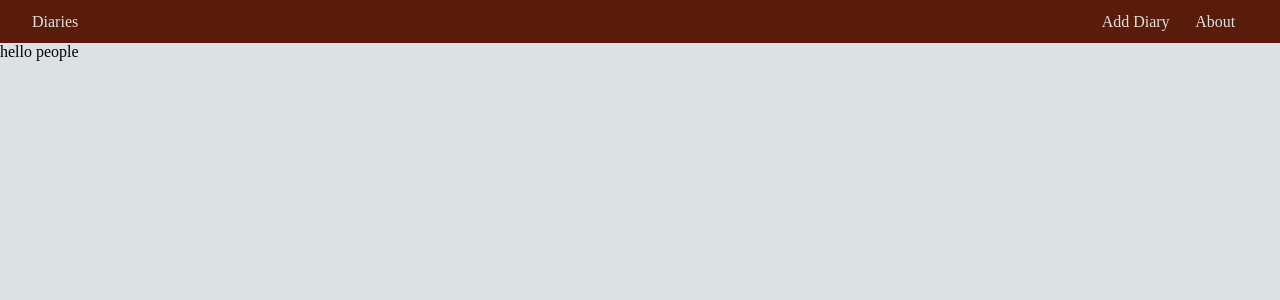
Repository: Tun-Dev/mydiary
Page: /
The author's editor kept a copy of each file at every save. The page is drawn from the files as they stood at one save, then again after the next save.
The browser window is 1280 px wide. The pictures show the whole page.
The project was rebuilt for these pictures with package versions that can differ from the ones it lists, and the page was loaded fresh each time.

Above is the page before, as saved 2021-05-10 12:29:52.

After the next save:
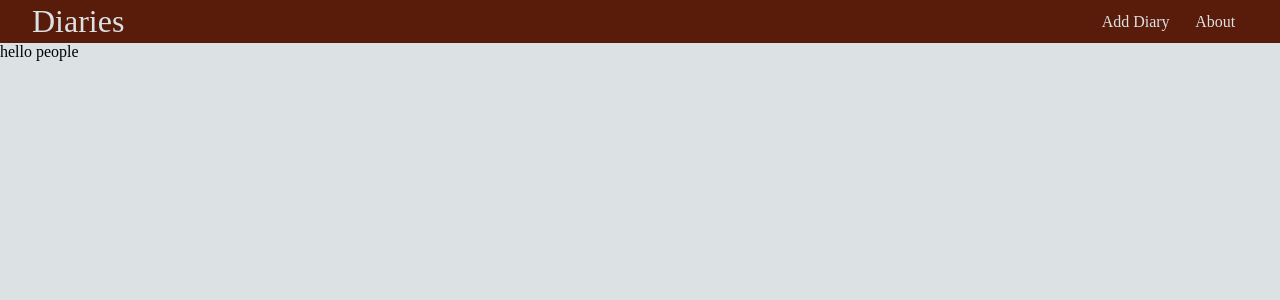
Saved 41 s later.
--- a/src/Layout/Nav.js
+++ b/src/Layout/Nav.js
@@ -29,10 +29,11 @@ const NavBar = styled.div`
 }
 .header {
     margin: 0 2rem;
+    font-size: 2rem;
 }
 ul {
     display: flex;
-    margin: 0 2rem
+    margin: 0 2rem;
 }
 ul li {
     list-style: none;
